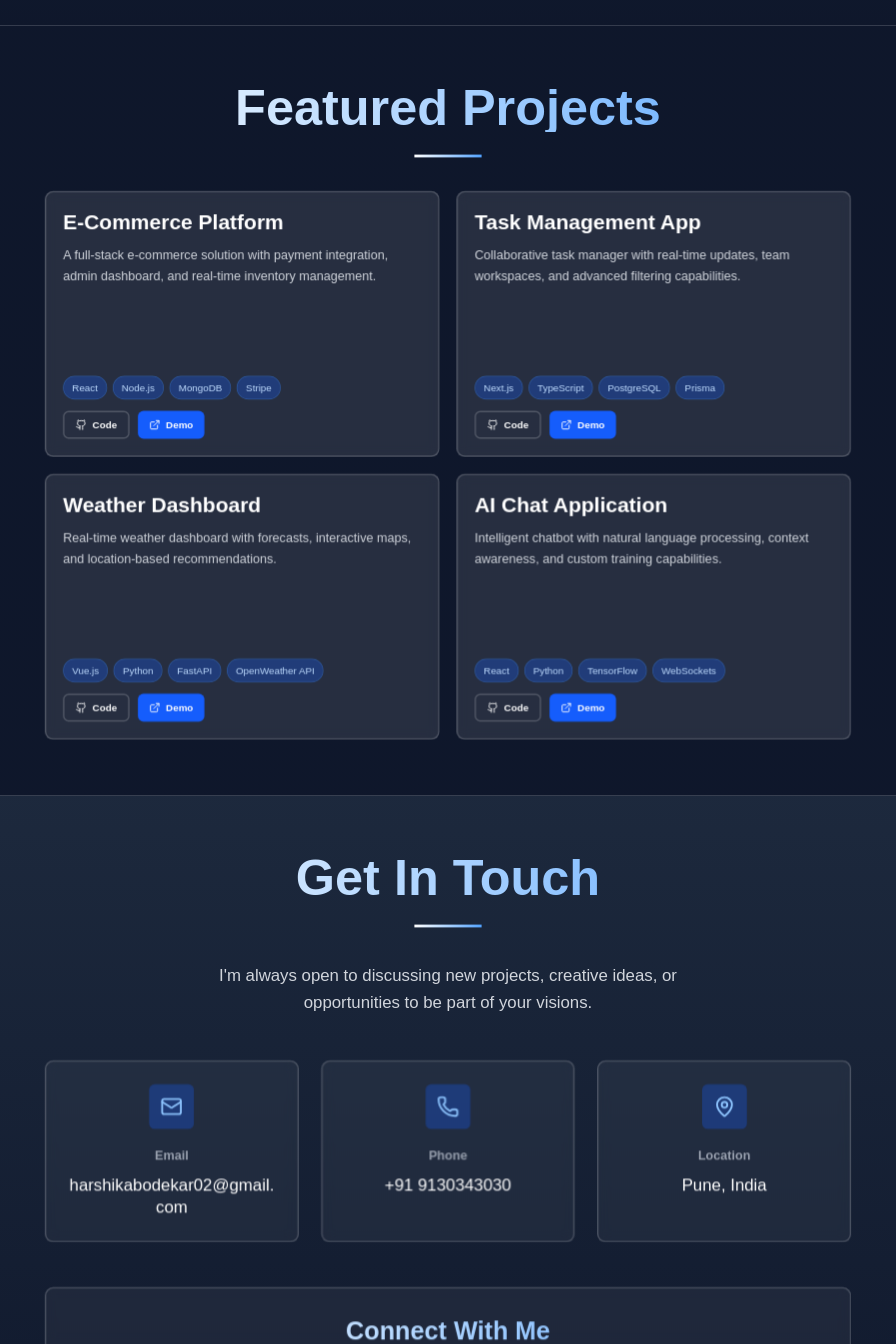
Repository: harshikabodekar/portfolio_awp
Page: /
These files come from the project's save history. The page is drawn as it stood at one moment and after the next save; the edit follows.
The browser window is 1280 px wide. The pictures show the part of the page from y = 2697 to 4617 px (the page is 4940 px tall), at 70% of full size.
The project was rebuilt for these pictures with package versions that can differ from the ones it lists, and the page was loaded fresh each time. The framework's server and built-in components were replaced by stand-ins that run in the browser. Also part of the build but not shown: next.config.mjs.

Above is the page before, as saved 2025-10-15 21:38:46.

After the next save:
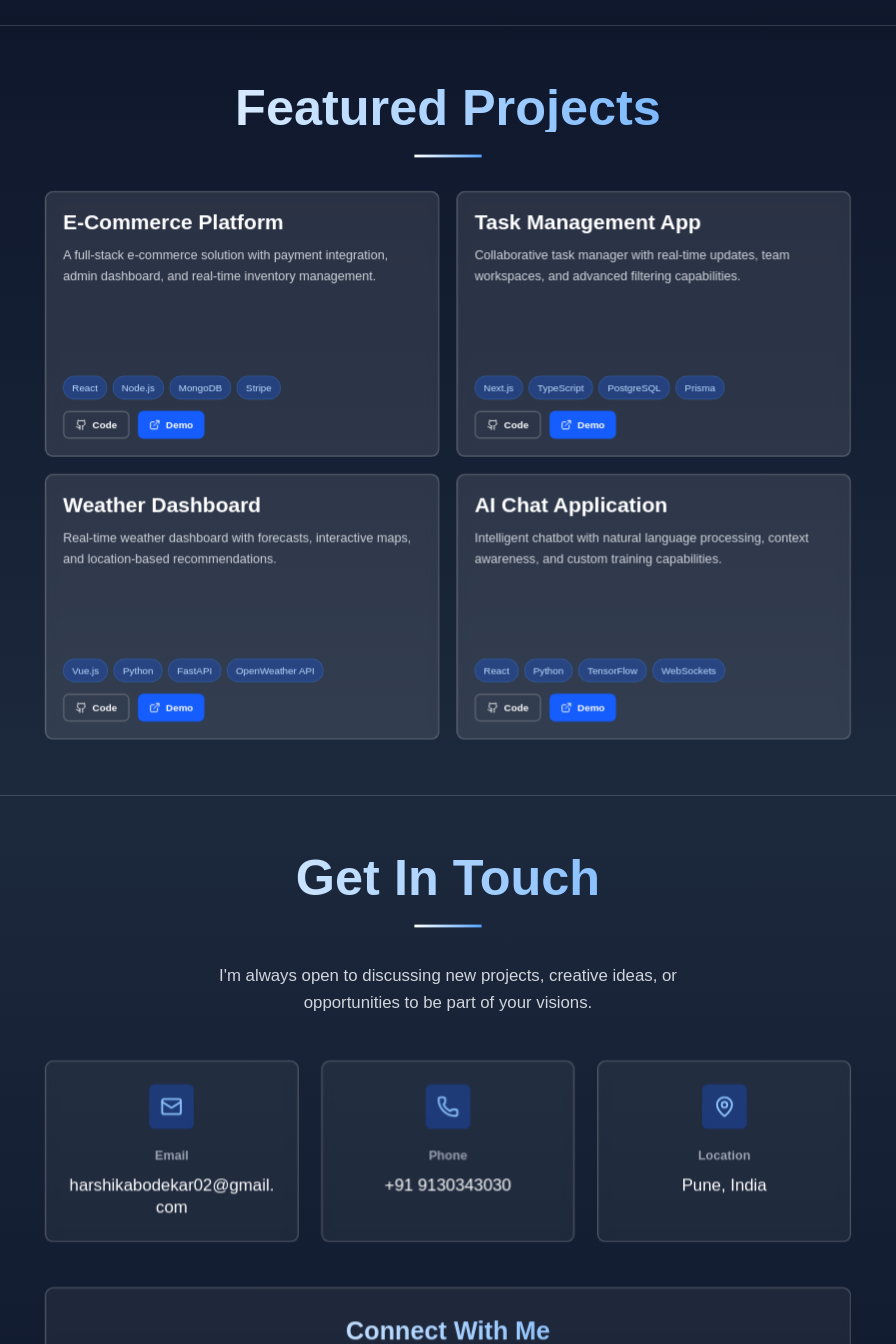
Saved 7 s later.
--- a/src/app/components/Project.js
+++ b/src/app/components/Project.js
@@ -35,7 +35,7 @@ const Projects = () => {
   ];
 
   return (
-    <section id="projects" className="py-20 px-6 bg-gradient-to-b from-slate-900 to-slate-900 text-white">
+    <section id="projects" className="py-20 px-6 bg-gradient-to-b from-slate-900 to-slate-800 text-white">
       <div className="container mx-auto px-4">
         <div className="max-w-6xl mx-auto">
           <h2 className="text-4xl sm:text-5xl md:text-6xl lg:text-7xl font-bold mb-8 text-center bg-gradient-to-r from-white to-blue-400 bg-clip-text text-transparent">
